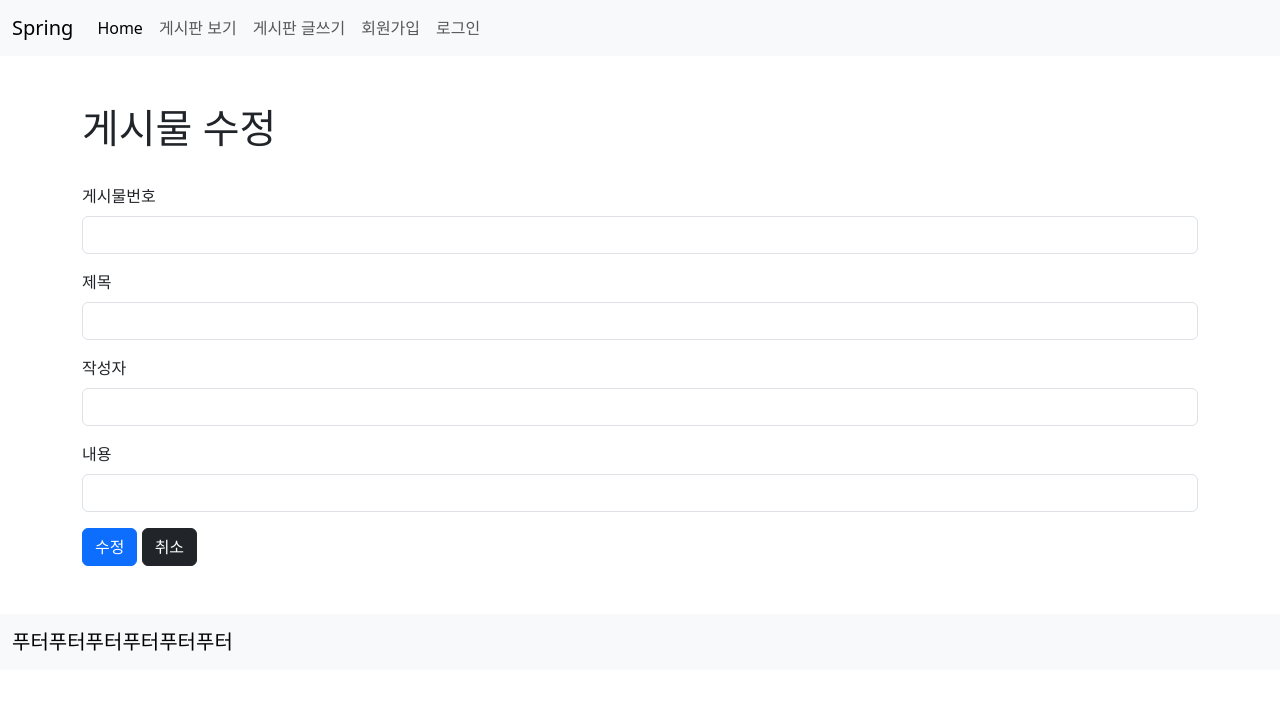
Repository: Jensuchan/spring_solo_project
Page: http://localhost/spring_test/WEB-INF/views/board/modify.jsp
An editor plug-in stored every save of this project. The page is shown before and after the next save, followed by the edit.
The browser window is 1280 px wide. The pictures show the whole page.
The page is served by Tomcat 9. Nobody is signed in. Other server files are loaded and not shown. The template is opened directly, without the code that normally fills it, so the values that code supplies are empty.

Above is the page before, as saved 2024-01-18 01:09:06.
Console error: TypeError: Cannot read properties of null (reading 'addEventListener')

### spring_test/src/main/webapp/WEB-INF/views/board/modify.jsp
<%@ page language="java" contentType="text/html; charset=UTF-8"
	pageEncoding="UTF-8"%>
<%@ taglib uri="http://java.sun.com/jsp/jstl/core" prefix="c"%>
<jsp:include page="../layout/header.jsp"></jsp:include>




<div class="container">
	<h1>게시물 수정</h1><br>
	<c:set value="${bdto.bvo }" var="bvo"></c:set>
	<form action="/board/modify" method="post" id="modForm">
		<div class="mb-3">
			<label for="bno" class="form-label">게시물번호</label>
			<input type="text" name="bno" class="form-control" id="bno" value="${bvo.bno }" readonly="readonly">
		</div>
		<div class="mb-3">
			<label for="title" class="form-label">제목</label>
			<input type="text" name="title" class="form-control" id="title" value="${bvo.title }">
		</div>
		<div class="mb-3">
			<label for="writer" class="form-label">작성자</label>
			<input type="text" name="writer" class="form-control" id="writer" value="${bvo.writer }">
		</div>
		<div class="mb-3">
			<label for="content" class="form-label">내용</label>
			<input type="text" name="content" class="form-control" id="content" value="${bvo.content }">
		</div>
		<button class="btn btn-primary" id="modBtn">수정</button>
		<a href="/board/list"><button type="button" class="btn btn-dark">취소</button></a>
	</form>
</div>


<script src="../resources/js/boardRegister.js"></script>
<script src="../resources/js/boardModify.js"></script>

<jsp:include page="../layout/footer.jsp"></jsp:include>

### spring_test/src/main/webapp/WEB-INF/views/layout/header.jsp
<%@ taglib uri="http://java.sun.com/jsp/jstl/core" prefix="c"%>
<%@ page language="java" contentType="text/html; charset=UTF-8"
	pageEncoding="UTF-8"%>
<%@ taglib uri="http://www.springframework.org/security/tags"
	prefix="sec"%>
<!DOCTYPE html>
<html>
<head>
<meta charset="UTF-8">
<title>Insert title here</title>
<link
	href="https://cdn.jsdelivr.net/npm/bootstrap@5.3.1/dist/css/bootstrap.min.css"
	rel="stylesheet"
	integrity="sha384-4bw+/aepP/YC94hEpVNVgiZdgIC5+VKNBQNGCHeKRQN+PtmoHDEXuppvnDJzQIu9"
	crossorigin="anonymous">
<script
	src="https://cdn.jsdelivr.net/npm/bootstrap@5.3.1/dist/js/bootstrap.bundle.min.js"
	integrity="sha384-HwwvtgBNo3bZJJLYd8oVXjrBZt8cqVSpeBNS5n7C8IVInixGAoxmnlMuBnhbgrkm"
	crossorigin="anonymous"></script>
</head>
<style>
	.container-fluid{
		display: flex;
		justify-content: space-evenly;
		align-items: center;
	}
</style>

<body>

	<nav class="navbar navbar-expand-lg bg-body-tertiary">
		<div class="container-fluid">
			<a class="navbar-brand" href="/">Spring</a>
			<button class="navbar-toggler" type="button"
				data-bs-toggle="collapse" data-bs-target="#navbarSupportedContent"
				aria-controls="navbarSupportedContent" aria-expanded="false"
				aria-label="Toggle navigation">
				<span class="navbar-toggler-icon"></span>
			</button>
			<div class="collapse navbar-collapse" id="navbarSupportedContent">
				<ul class="navbar-nav me-auto mb-2 mb-lg-0">
					<li class="nav-item"><a class="nav-link active"
						aria-current="page" href="/">Home</a></li>
					<li class="nav-item"><a class="nav-link" href="/board/list">게시판 보기</a></li>

					<!-- 현재 인증한 사용자의 정보를 가져와서 해당 권한이 있는지 확인 -->
					<!-- 현재 사용자의 정보는 principal  -->
					<!-- anyMatch() : stream 매칭 메서드(최소한 1개의 요소가 주어진 조건에 맞는지 조사) -->

					<li class="nav-item"><a class="nav-link" href="/board/register">게시판 글쓰기</a>
					</li>
					<li class="nav-item"><a class="nav-link"
						href="/member/register">회원가입</a></li>
					<li class="nav-item"><a class="nav-link" href="#">로그인</a>
					</li>
				</ul>
			</div>
		</div>
	</nav>

	<br><br>

### spring_test/src/main/webapp/WEB-INF/views/layout/footer.jsp
<%@ page language="java" contentType="text/html; charset=UTF-8"
    pageEncoding="UTF-8"%>
<br><br>
<nav class="navbar navbar-expand-lg bg-body-tertiary">
		<div class="container-fluid">
			<a class="navbar-brand" href="/">푸터푸터푸터푸터푸터푸터</a>

			<div class="collapse navbar-collapse" id="navbarSupportedContent">
			</div>
		</div>
	</nav>
</body>
</html>

### spring_test/src/main/webapp/resources/js/boardRegister.js
console.log('boardRegister js in');

document.getElementById('trigger').addEventListener('click', () => {
    document.getElementById('files').click();
})

let regExp = new RegExp("\.(exe|sh|bat|jdll|jar|msi)$");
const maxSize = 1024 * 1024 * 20; //최대 파일 크기

function fileValidation(fileName, fileSize) {
    if (regExp.test(fileName)) {
        return 0;
    } else if (fileSize > maxSize) {
        return 0;
    } else {
        return 1;
    }
}

document.addEventListener('change', (e) => {
    console.log(e.target);
    if (e.target.id == 'files') {
        const fileObj = document.getElementById('files').files;
        console.log(fileObj);

        document.getElementById('regBtn').disabled = false;

        let div = document.getElementById('fileZone');
        div.innerHTML = '';

        let isOk = 1;
        let ul = `<ul class="list-group list-group-flush">`;
        for (let file of fileObj) {
            let validResult = fileValidation(file.name, file.size);
            isOk *= validResult;
            ul += `<li class="list-group-item">`;
            ul += `<div class="mb-3">`;
            ul += `${validResult ? '<div class="fw-bold">업로드 가능</div>' : '<div class="fw-bold text-danger">업로드 불가능</div>'}`;
            ul += `${file.name}</div>`;
            ul += `<span class="badge rounded-pill text-bg-${validResult ? 'success' : 'danger'}">${file.size}Byte</span>`;
            ul += `</li> `;
        }
        ul += `</ul > `;
        div.innerHTML = ul;

        if (isOk == 0) {
            document.getElementById('regBtn').disabled = true;
        }
    }
})

### spring_test/src/main/webapp/resources/js/boardModify.js
console.log('boardModify.js');


document.addEventListener('click', (e) => {
    console.log(e.target);
    if (e.target.classList.contains('file-x')) {
        let uuid = e.target.dataset.uuid;
        let li = e.target.closest('li');
        console.log(uuid);
        removeFileFromServer(uuid).then(result => {
            if (result == '1') {
                alert('파일이 삭제되었습니다.');
                li.remove();
            }
        })
    }
})

async function removeFileFromServer(uuid) {
    try {
        const url = "/board/" + uuid;
        const config = {
            method: "delete"
        };
        const resp = await fetch(url, config);
        const result = await resp.text();
        return result;
    } catch (error) {
        console.log(error);
    }
}

After the next save:
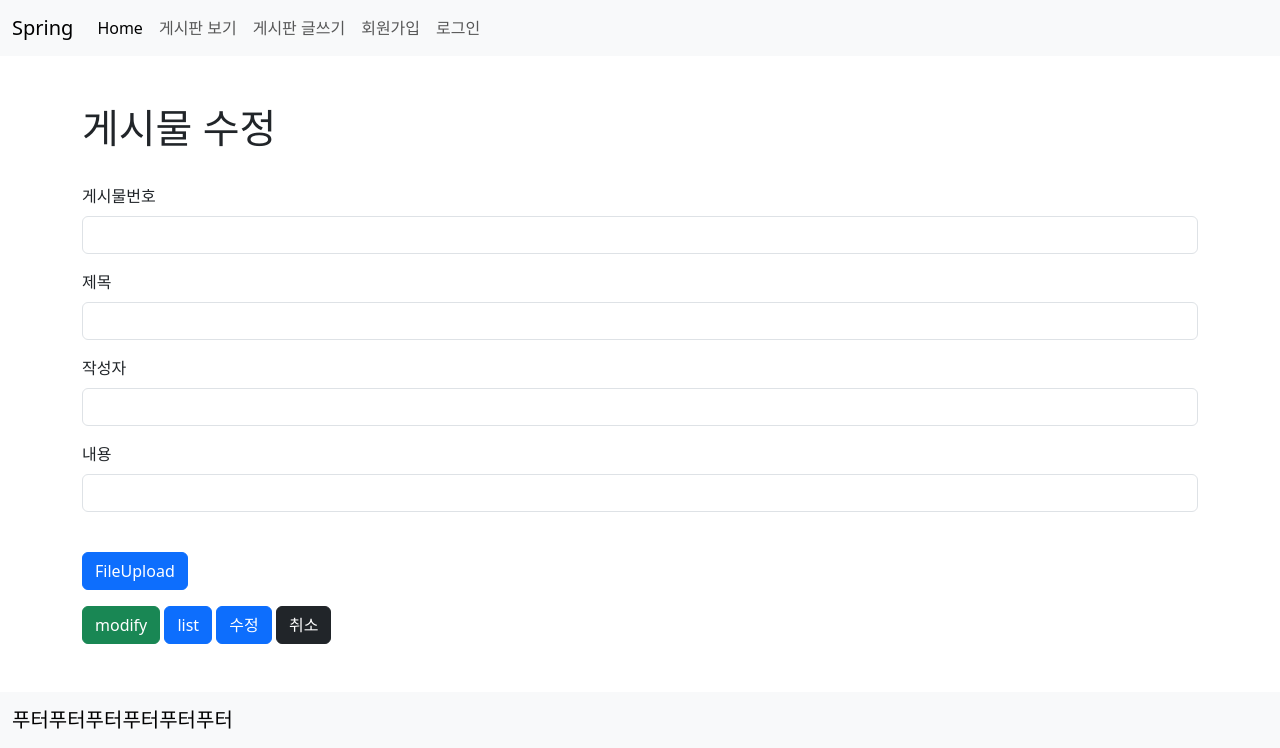
The error is gone.
Saved 82 s later.
--- a/spring_test/src/main/webapp/WEB-INF/views/board/modify.jsp
+++ b/spring_test/src/main/webapp/WEB-INF/views/board/modify.jsp
@@ -26,6 +26,20 @@
 			<label for="content" class="form-label">내용</label>
 			<input type="text" name="content" class="form-control" id="content" value="${bvo.content }">
 		</div>
+
+
+
+
+			<div class="mb-3">
+		<input type="file" name="files" class="form-control" id="files" multiple style="display: none"> <br>
+		<button type="button" class="btn btn-primary" id="trigger">FileUpload</button>
+	</div>
+	<!-- 파일 목록 표시라인 -->
+ 	<div class="mb-3" id="fileZone"></div>
+
+ 	<button type="submit" class="btn btn-success" id="regBtn">modify</button>
+	<a href="/board/list"><button type="button" class="btn btn-primary">list</button></a>
+
 		<button class="btn btn-primary" id="modBtn">수정</button>
 		<a href="/board/list"><button type="button" class="btn btn-dark">취소</button></a>
 	</form>
